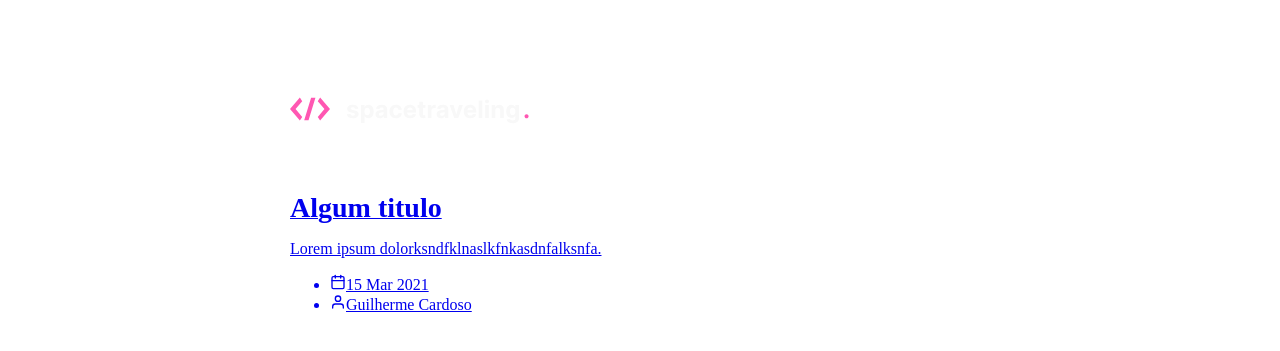
Repository: guilhermecardoso93/ignite-template-reactjs-criando-um-projeto-do-zero
Page: /
An editor plug-in stored every save of this project. The page is shown before and after the next save, followed by the edit.
The browser window is 1280 px wide. The pictures show the whole page.
The project was rebuilt for these pictures with package versions that can differ from the ones it lists, and the page was loaded fresh each time. The framework's server and built-in components were replaced by stand-ins that run in the browser.

Above is the page before, as saved 2022-07-24 11:51:17.

After the next save:
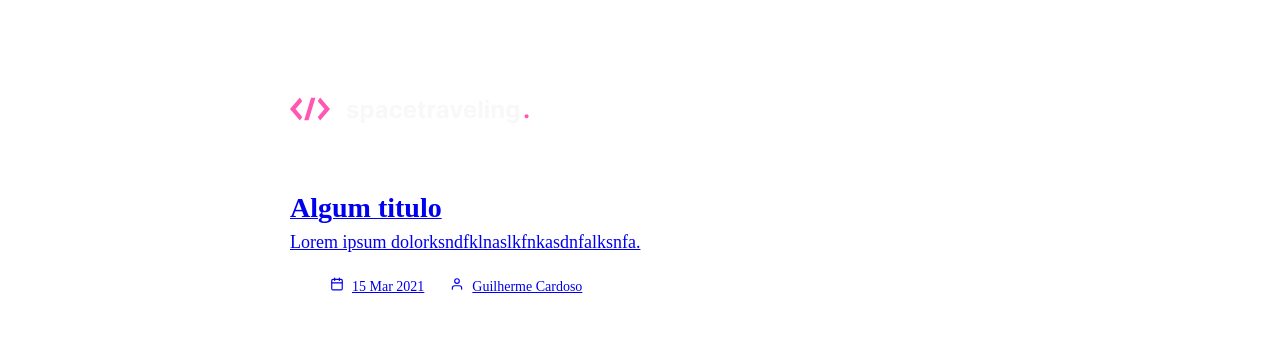
Saved 2 min 59 s later.
--- a/src/pages/home.module.scss
+++ b/src/pages/home.module.scss
@@ -18,4 +18,27 @@
     font-weight: bold;
     color:var(--heading);
   }
+
+  p {
+  margin-top: 0.5rem;
+  font-size: 1.125rem;
+  }
+
+  ul {
+    list-style: none;
+    margin-top: 1.5rem;
+    display: flex;
+
+    & li{
+      font-size: 0.875rem;
+
+      & svg {
+        margin-right: 0.5rem;
+      }
+
+      & + li {
+        margin-left: 1.625rem;
+      }
+    }
+  }
 }
